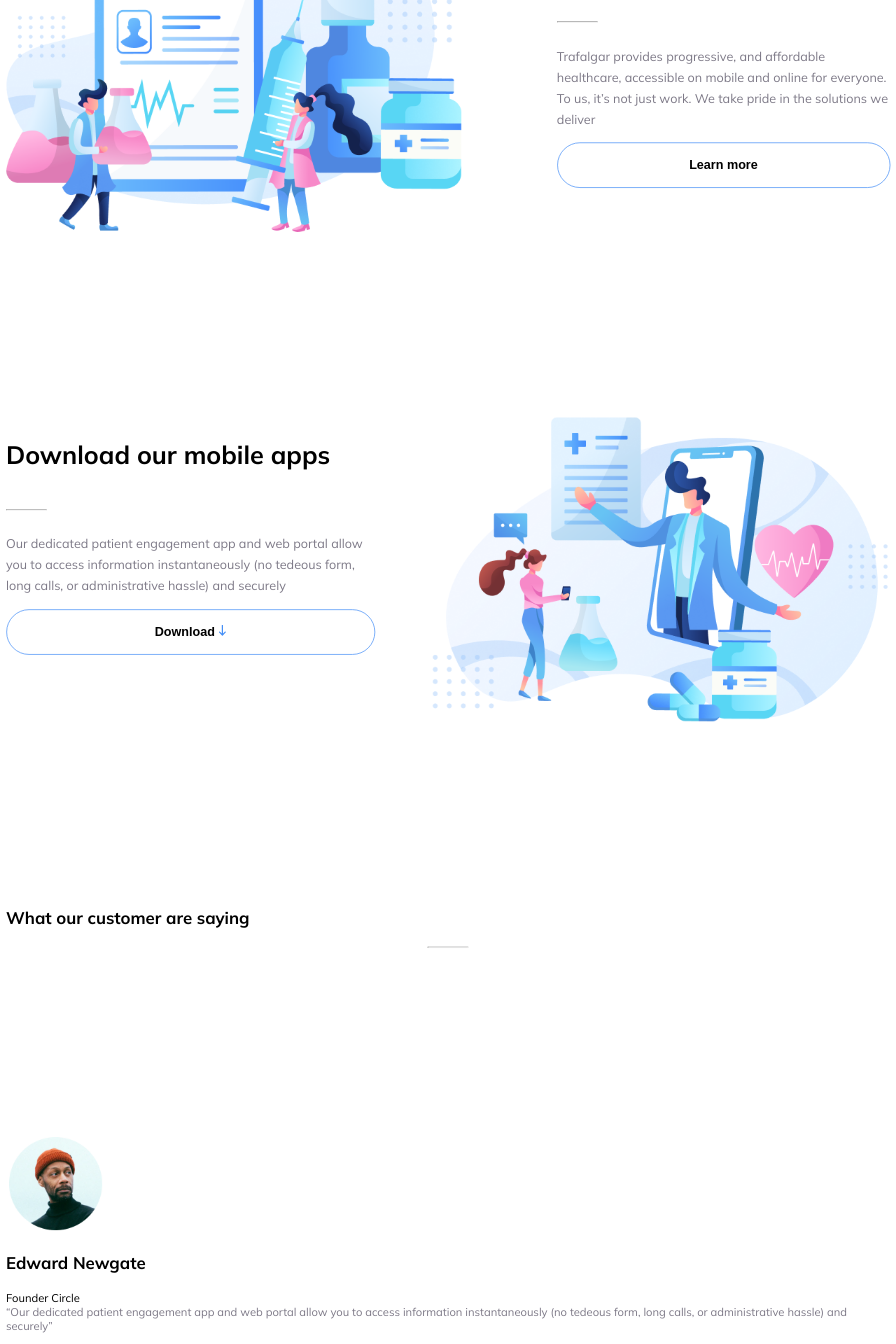
Repository: ivan-developer-01/trafalgar-layout
Page: index.html
An editor plug-in stored every save of this project. The page is shown before and after the next save, followed by the edit.
The browser window is 1280 px wide. The pictures show the part of the page from y = 2348 to 4268 px (the page is 4268 px tall before and 4035 px after), at 70% of full size.

Above is the page before, as saved 2024-11-08 15:20:32.

After the next save:
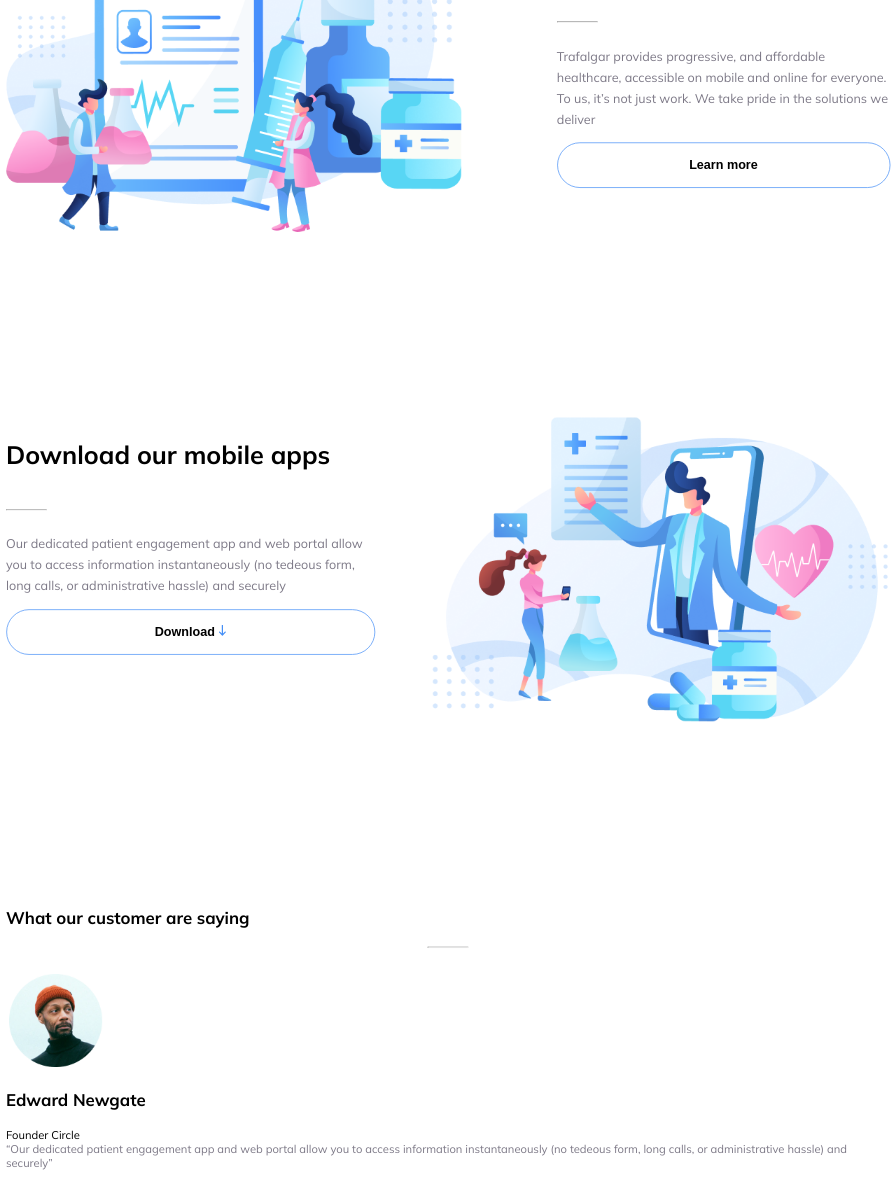
Saved 14 s later.
--- a/index.html
+++ b/index.html
@@ -152,7 +152,7 @@ lovely family</p>
 			<div class="container">
 				<h2>What our customer are saying</h2>
 				<hr>
-				<div class="reviews">
+				<div class="review-slider">
 					<div class="review">
 						<div class="user">
 							<img src="images/reviews/avatar-1.png" alt="Avatar" class="avatar">
